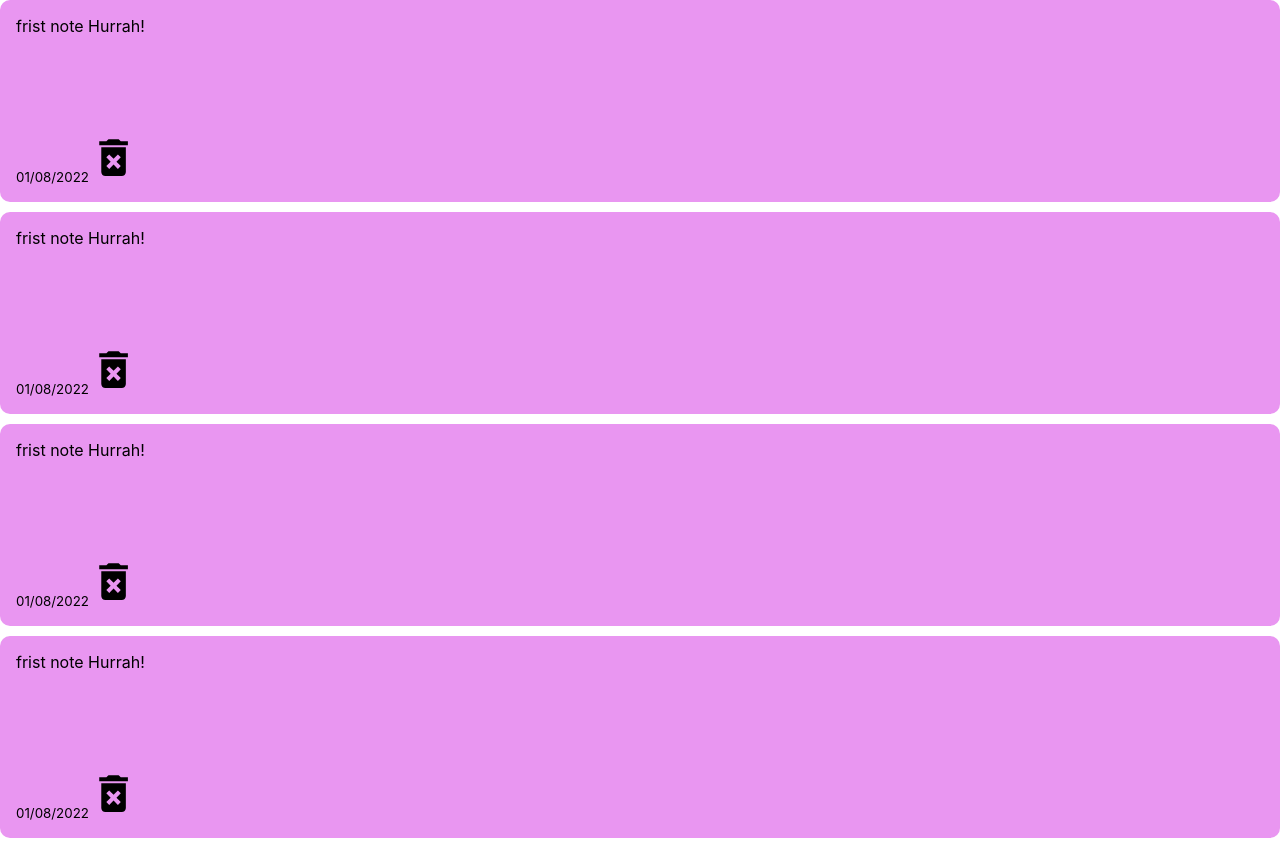
Repository: DeraBola/react-notes-app
Page: /
An editor plug-in stored every save of this project. The page is shown before and after the next save, followed by the edit.
The browser window is 1280 px wide. The pictures show the whole page.
The project was rebuilt for these pictures with package versions that can differ from the ones it lists, and the page was loaded fresh each time.

Above is the page before, as saved 2022-08-01 08:31:03.

### src/index.js
import React from 'react';
import ReactDOM from 'react-dom/client';
import './index.css';
import App from './App';


const root = ReactDOM.createRoot(document.getElementById('root'));
root.render(
  <React.StrictMode>
    <App />
  </React.StrictMode>
);

### src/index.css
body {
    margin: 0;
    font-family: -apple-system, BlinkMacSystemFont, 'Segoe UI', 'Roboto', 'Oxygen', 'Ubuntu', 'Cantarell', 'Fira Sans', 'Droid Sans', 'Helvetica Neue', sans-serif;
    -webkit-font-smoothing: antialiased;
    -moz-osx-font-smoothing: grayscale;
}

code {
    font-family: source-code-pro, Menlo, Monaco, Consolas, 'Courier New', monospace;
}

.note {
    background-color: #e996f1;
    margin-bottom: 10px;
    border-radius: 10px;
    padding: 1rem;
    min-height: 170px;
    display: flex;
    flex-direction: column;
    justify-content: space-between;
}

.note-footer {
    display: ;
}

### src/App.js
import NotesList from './components/NotesList';

 const App = () =>{
   return(
    <div className="container" >
      <NotesList />
    </div>
   )
 }

 export default App;

### src/components/NotesList.js
import Note from './Note';

const NotesList  = () => {
return(
    <div className='notes-list'>
        <Note />
        <Note />
        <Note />
        <Note />
    </div>
);
};

export default NotesList;

### src/components/Note.js

import { MdDeleteForever } from 'react-icons/md'

const Note  = () => {
    return(
        <div className='note'>
             <span>frist note Hurrah!</span>
             <div className="note-footer">
                <small>01/08/2022</small>
                <MdDeleteForever className='delete-icon' size='1.3cm' />
             </div>
        </div>
    );
    };

    export default Note;

Loaded but not shown: public/index.html (common file)

After the next save:
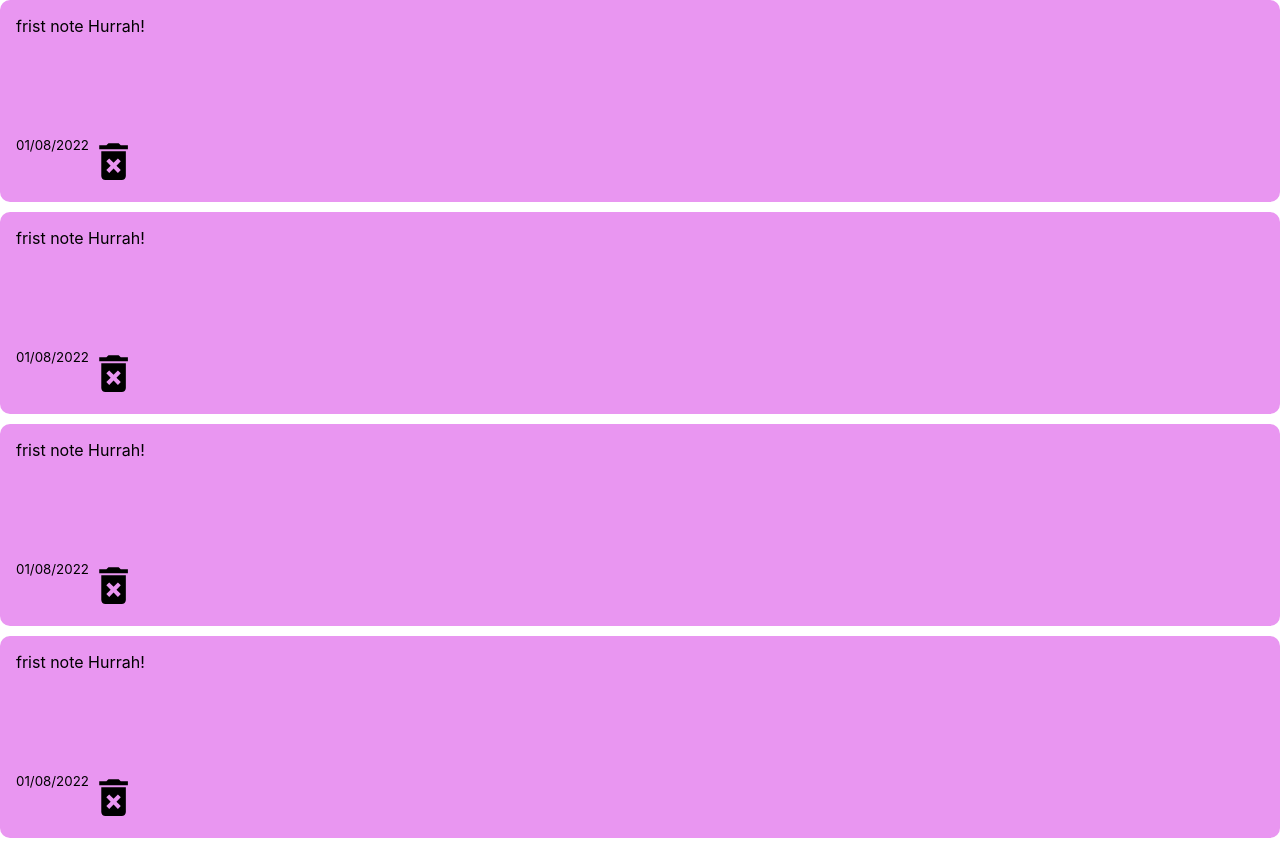
Saved 14 s later.
--- a/src/index.css
+++ b/src/index.css
@@ -21,5 +21,5 @@ code {
 }
 
 .note-footer {
-    display: ;
+    display: flex;
 }
